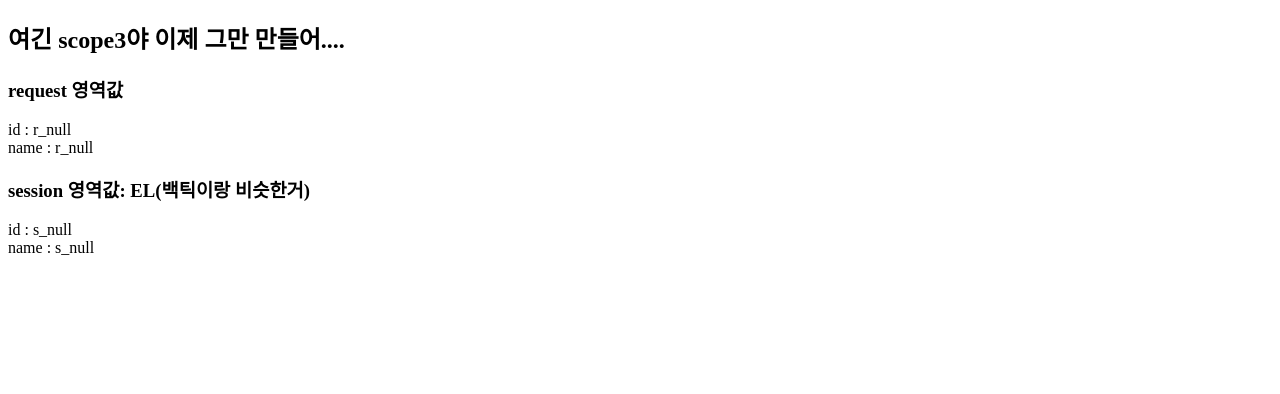
Repository: SouthSea0613/401_Unauthorized_java
Page: http://localhost/model1_1st/scope2.jsp
An editor plug-in stored every save of this project. The page is shown before and after the next save, followed by the edit.
The browser window is 1280 px wide. The pictures show the whole page.
The page is served by Tomcat 9. Other server files are loaded and not shown.

Above is the page before, as saved 2024-12-02 07:37:52.

### model1_1st/src/main/webapp/scope2.jsp
<%@page import="java.lang.ProcessBuilder.Redirect"%>
<%@ page language="java" contentType="text/html; charset=UTF-8"
	pageEncoding="UTF-8"%>
<!DOCTYPE html>
<html>
<head>
<meta charset="UTF-8">
<title>Insert title here</title>
</head>
<body>
	<h2>나는 scope2</h2>
	<%
	request.setCharacterEncoding("UTF-8");
	String id = request.getParameter("id");
	String name = request.getParameter("name");
	System.out.println(id+","+name);
	// request 내장객체의 영역
	request.setAttribute("id", "r_"+id);
	request.setAttribute("name", "r_"+name);

	// request 보다 life cycle이 더 길어!!!!!
	// session 내장객체의 영역
	session.setAttribute("id", "s_"+id);
	session.setAttribute("name", "s_"+name);

	// application 내장객체의 영역 (얘는 session 보다 더 길어)
	application.setAttribute("id", "a_"+id);
	application.setAttribute("name", "a_"+name);

	// 포워딩
	// response.sendRedirect("scope3.jsp");  // 새로운 request 생성
	request.getRequestDispatcher("scope3.jsp").forward(request, response);
	%>
</body>
</html>

### model1_1st/src/main/webapp/scope3.jsp
<%@ page language="java" contentType="text/html; charset=UTF-8"
    pageEncoding="UTF-8"%>
<!DOCTYPE html>
<html>
<head>
<meta charset="UTF-8">
<title>Insert title here</title>
</head>
<body>
<h2>여긴 scope3야 이제 그만 만들어....</h2>
<h3>request 영역값</h3>
id : <%= request.getAttribute("id")%><br>
name : ${requestScope.name}<br>

<h3>session 영역값: EL(백틱이랑 비슷한거)</h3>
id : <%= session.getAttribute("id")%><br>
name : ${sessionScope.name}<br>
</body>
</html>

After the next save:
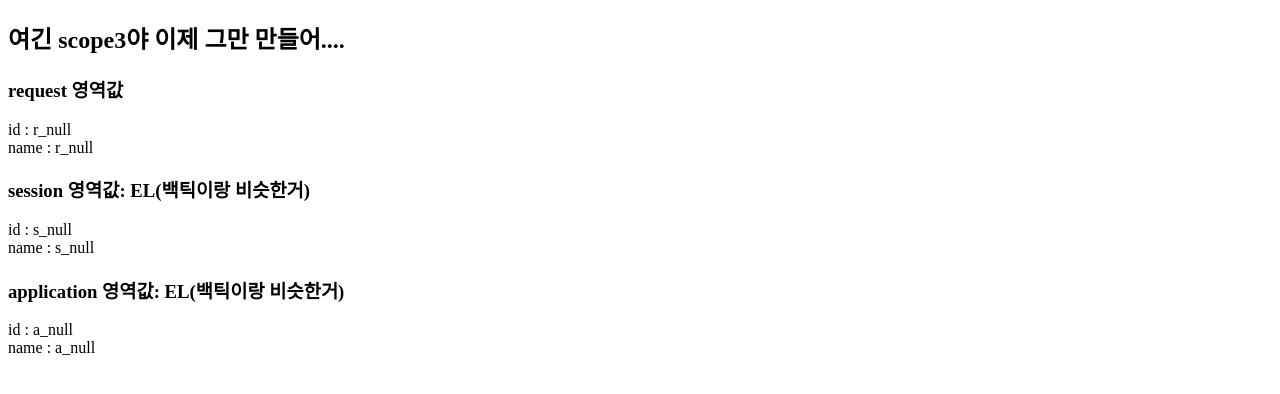
Saved 73 s later.
--- a/model1_1st/src/main/webapp/scope3.jsp
+++ b/model1_1st/src/main/webapp/scope3.jsp
@@ -15,5 +15,9 @@
 <h3>session 영역값: EL(백틱이랑 비슷한거)</h3>
 id : <%= session.getAttribute("id")%><br>
 name : ${sessionScope.name}<br>
+
+<h3>application 영역값: EL(백틱이랑 비슷한거)</h3>
+id : <%= application.getAttribute("id")%><br>
+name : ${applicationScope.name}<br>
 </body>
 </html>
